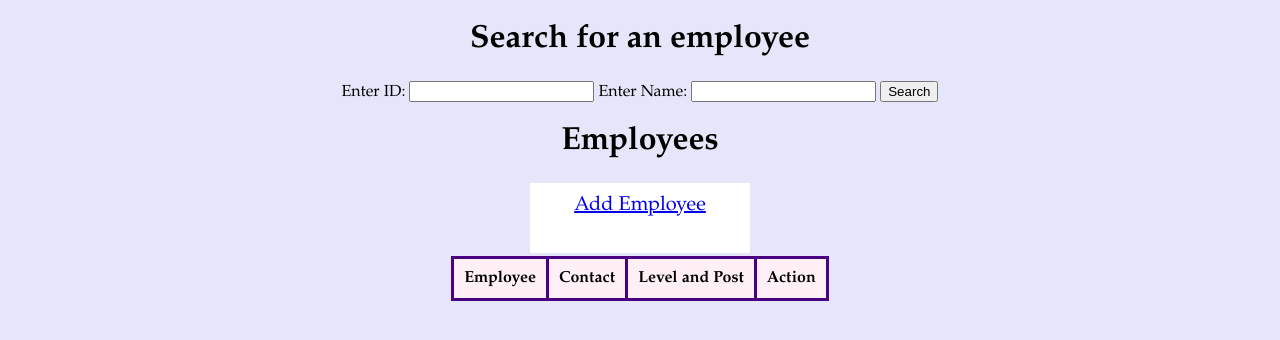
Repository: P9-Analyst-Java/employee-management-abhishekdatta12
Page: http://localhost/spring-expense-tracker/WEB-INF/views/home.jsp
These files come from the project's save history. The page is drawn as it stood at one moment and after the next save; the edit follows.
The browser window is 1280 px wide. The pictures show the whole page.
The page is served by Tomcat 9. Nobody is signed in. Other server files are loaded and not shown. The template is opened directly, without the code that normally fills it, so the values that code supplies are empty.

Above is the page before, as saved 2023-02-21 05:29:08.

### spring-portal/spring-expense-tracker/src/main/webapp/WEB-INF/views/home.jsp
<%@ page language="java" isELIgnored="false" contentType="text/html; charset=ISO-8859-1"
    pageEncoding="UTF-8"%>
<%@ taglib prefix="c" uri="http://java.sun.com/jsp/jstl/core"%>
<%@ taglib prefix="form" uri="http://www.springframework.org/tags/form" %>
<c:set var="contextRoot" value="${pageContext.request.contextPath}"/>
<!DOCTYPE html>
<html>
<head>
<style type="text/css">
body{
	font-family: garamond;
	font-size: 16px;
	text-align: center;
	background-color: lavender;
}
div{
	background-color: white;
	margin-left: auto;
  	margin-right: auto;
  	width: 200px;
  	height: 50px;
  	align-items: center;
  	font-size: 20px;
  	padding: 10px;

}

table, th, td{

	text-align: center;
	border: 3px solid indigo;
	border-collapse: collapse;
	padding: 3px;
	margin: 3px;
}
table{
	margin-left: auto;
  	margin-right: auto;
  	background-color: lavenderblush;
}
td{
text-align: center;
background-color: lightcyan;
}
th, td{
	padding: 10px;
}
</style>
<meta charset="ISO-8859-1">
<title>Home</title>
</head>
<body>
	<h1>Search for an employee</h1>

	<form action="${contextRoot}/search" method="post">
	Enter ID: <input  name="id"/>
	Enter Name: <input name="name"/>
	<button type="submit">Search</button>
	</form>

	<h1>Employees</h1>
	<div>
	<a href="${contextRoot}/employee">Add Employee</a>
	</div>
	<table>
	<tr>
	<th>Employee</th>
	<th>Contact</th>
	<th>Level and Post</th>
	<th>Action</th>
	<!-- <th>Last Name</th>
	<th>Gender</th>
	<th>Date Of Birth</th>
	<th>PAN Card Number</th>
	<th>Aadhaar Number</th>
	<th>Mobile Number</th>
	<th>Email ID</th>
	<th>Office Mail</th>
	<th>Permanent Address</th>
	<th>Present Address</th>
	<th>Blood Group</th>
	<th>Profile Picture</th>
	<th>Date of Joining</th>
	<th>Employee Level</th>
	<th>Post Name</th>
	<th>Basic Pay</th>
	<th>House Allowance</th>
	<th>Edit</th>
	<th>Delete</th>-->
	</tr>
	<c:forEach var="employee" items="${employees}">
		<tr>
			<td>${employee.firstName}&nbsp;${employee.lastName}<br/>#${employee.id}</td>

			<td>${employee.mobileNum}<br/>${employee.emailId}</td>

			<td>${employee.empLevel}/<br/>${employee.postName}</td>

			<td><a href="">Employments</a>/<a href="${contextRoot}/employee/${employee.id}">Edit</a>/<a href="${contextRoot}/${employee.id}">Delete</a></td>
			<!-- <td>${employee.id}</td>
			<td>${employee.firstName}</td>
			<td>${employee.lastName}</td>
			<td>${employee.gender}</td>
			<td>${employee.dob}</td>
			<td>${employee.panNum}</td>
			<td>${employee.aadhaarNum}</td>
			<td>${employee.mobileNum}</td>
			<td>${employee.emailId}</td>
			<td>${employee.officeMail}</td>
			<td>${employee.permanentAddress}</td>
			<td>${employee.presentAddress}</td>
			<td>${employee.bloodGroup}</td>
			<td>${employee.profilePict}</td>
			<td>${employee.doj}</td>
			<td>${employee.empLevel}</td>
			<td>${employee.postName}</td>
			<td>${employee.basicPay}</td>
			<td>${employee.houseAllowance}</td>
			<td><a href="${contextRoot}/employee/${employee.id}">Edit</a></td>
			<td><a href="${contextRoot}/${employee.id}">Delete</a></td>-->
		</tr>
	</c:forEach>
	</table>

</body>
</html>

After the next save:
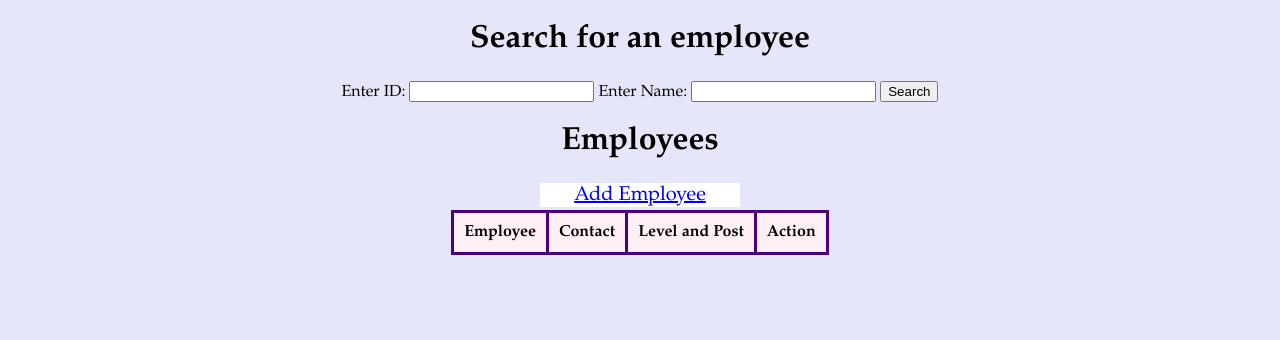
Saved 12 s later.
--- a/spring-portal/spring-expense-tracker/src/main/webapp/WEB-INF/views/home.jsp
+++ b/spring-portal/spring-expense-tracker/src/main/webapp/WEB-INF/views/home.jsp
@@ -18,10 +18,8 @@ div{
 	margin-left: auto;
   	margin-right: auto;
   	width: 200px;
-  	height: 50px;
   	align-items: center;
   	font-size: 20px;
-  	padding: 10px;
 
 }
 
